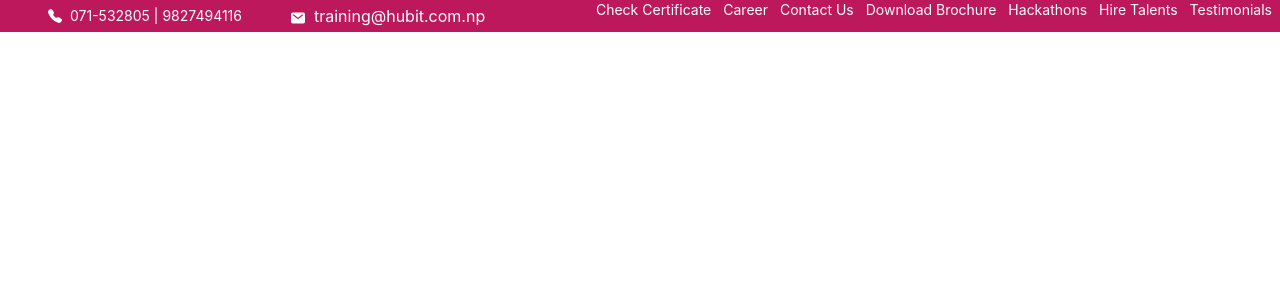
Repository: Sushant203/react-training-
Page: /
The author's editor kept a copy of each file at every save. The page is drawn from the files as they stood at one save, then again after the next save.
The browser window is 1280 px wide. The pictures show the whole page.
The project was rebuilt for these pictures with package versions that can differ from the ones it lists, and the page was loaded fresh each time. Also part of the build but not shown: src/App.css.

Above is the page before, as saved 2022-12-15 01:05:09.

After the next save:
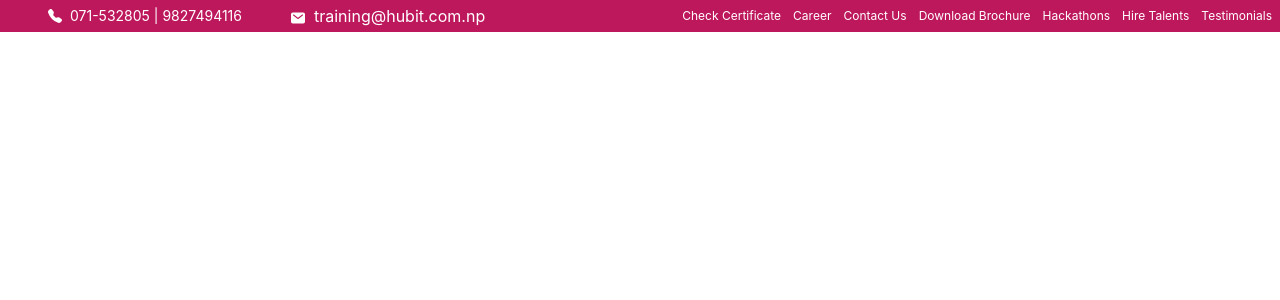
Saved 55 s later.
--- a/src/components/UpperNav.jsx
+++ b/src/components/UpperNav.jsx
@@ -17,16 +17,14 @@ const UpperNav = () => {
         </div>
 
         {/* right section */}
-        <div>
-          <div className="flex gap-3">
-            <div>Check Certificate</div>
-            <div>Career</div>
-            <div>Contact Us</div>
-            <div>Download Brochure</div>
-            <div>Hackathons</div>
-            <div>Hire Talents</div>
-            <div>Testimonials</div>
-          </div>
+        <div className="flex gap-3 items-center text-xs">
+          <div>Check Certificate</div>
+          <div>Career</div>
+          <div>Contact Us</div>
+          <div>Download Brochure</div>
+          <div>Hackathons</div>
+          <div>Hire Talents</div>
+          <div>Testimonials</div>
         </div>
       </div>
     </div>
